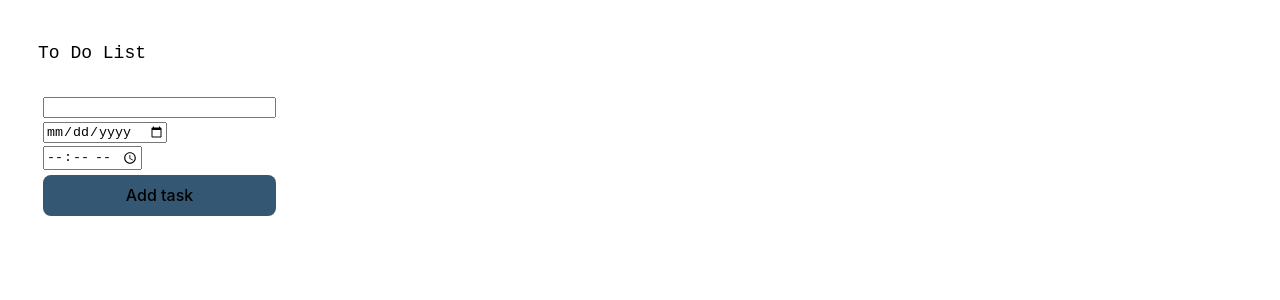
Repository: aknurkappar/nfactorial-web-advanced-todolist-homework
Page: / (app in front/toDoFront/)
These files come from the project's save history. The page is drawn as it stood at one moment and after a run of saves; the edit follows.
The browser window is 1280 px wide. The pictures show the whole page.
The page's requests for data from a server got no answer. The project was rebuilt for these pictures with package versions that can differ from the ones it lists, and the page was loaded fresh each time. No one was signed in, and anything a server would have sent is missing. Also part of the build but not shown: front/toDoFront/vite.config.ts.

Above is the page before, as saved 2023-05-09 15:00:51.

After the next 2 saves:
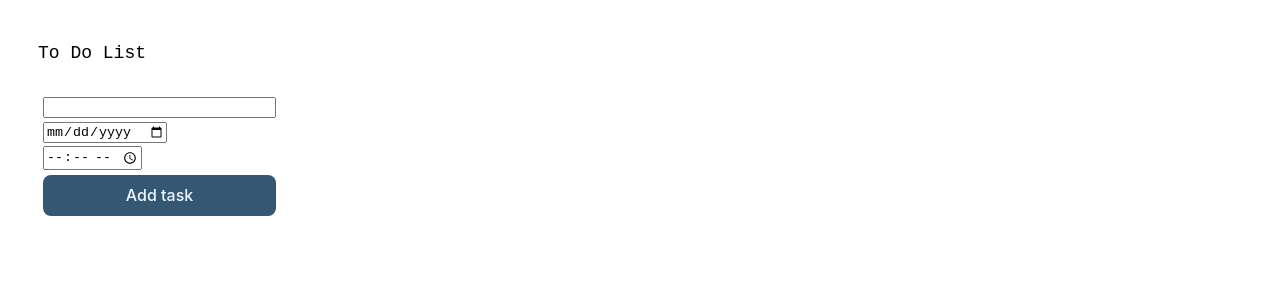
The 2 saves are shown as one change because they came seconds apart.
The last was saved 7 s later.
--- a/front/toDoFront/src/components/AddTaskComponent/index.css
+++ b/front/toDoFront/src/components/AddTaskComponent/index.css
@@ -8,4 +8,5 @@
 .add-task-form button{
     margin: 5px;
     background: #345773;
+    color: aliceblue;
 }
